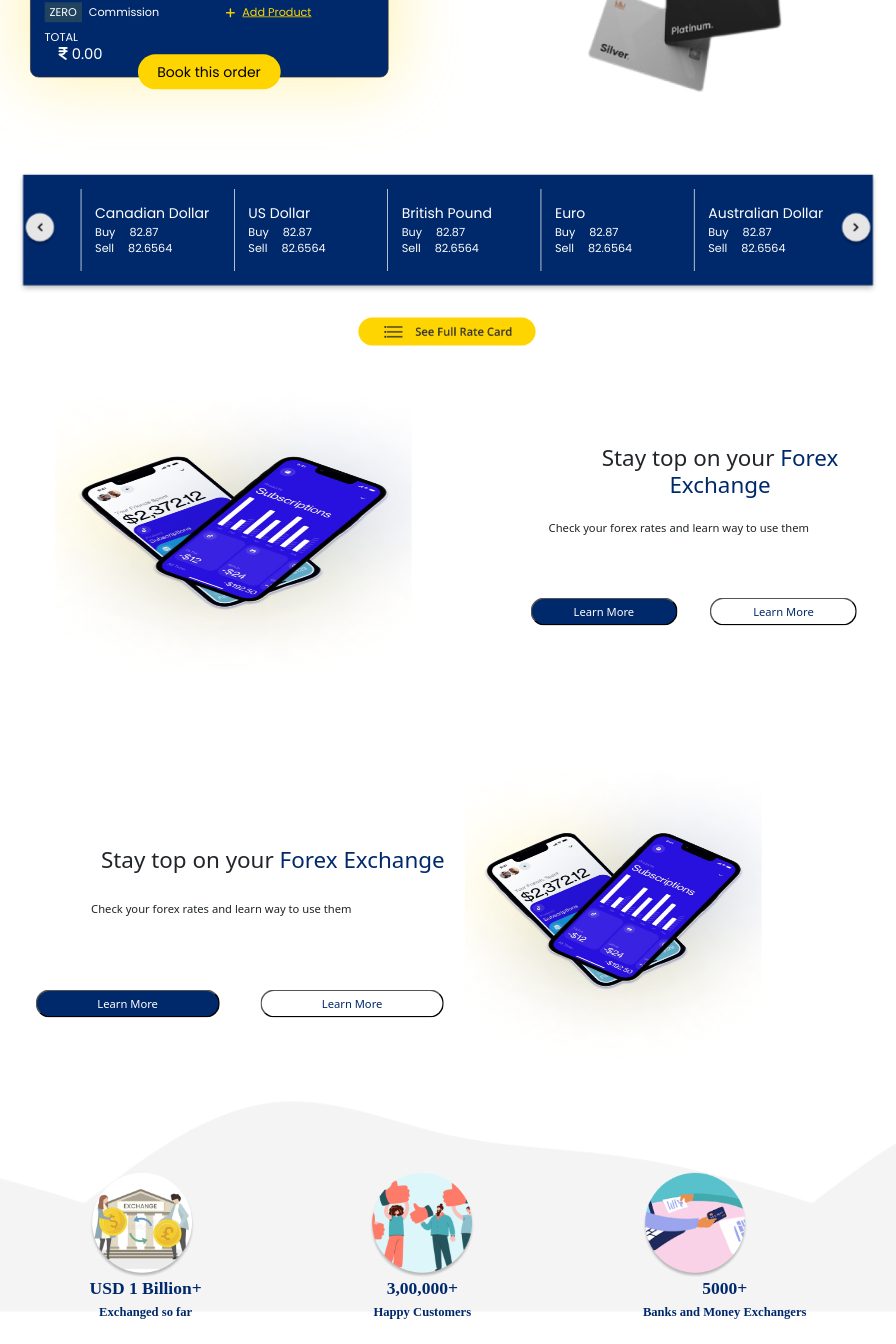
Repository: FlyweisReact/Akshadeep-latest
Page: /
These files come from the project's save history. The page is drawn as it stood at one moment and after the next save; the edit follows.
The browser window is 1280 px wide. The pictures show the part of the page from y = 491 to 2411 px (the page is 4487 px tall before and 4489 px after), at 70% of full size.
Some web libraries are served in a nearby version. The project was rebuilt for these pictures with package versions that can differ from the ones it lists, and the page was loaded fresh each time. Also part of the build but not shown: src/components/exchange.jsx, src/components/order_p1.jsx, src/components/order_p2.jsx, src/components/faas.jsx, src/components/offer.jsx, src/components/main2.jsx, src/components/home.jsx, src/components/slider.jsx and 6 more.

Above is the page before, as saved 2023-05-23 15:36:51.

After the next save:
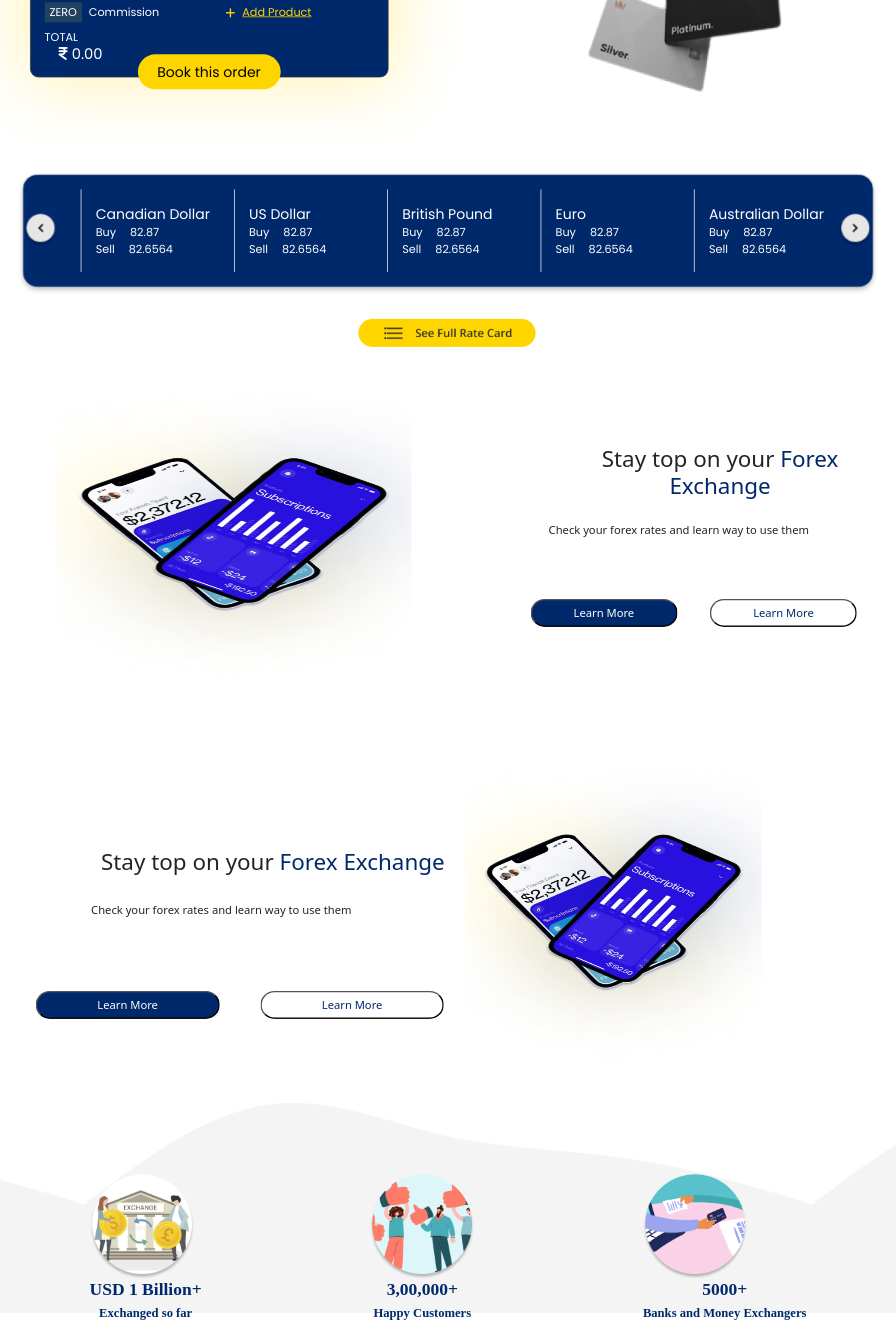
Saved 5 s later.
--- a/src/Style/Component.css
+++ b/src/Style/Component.css
@@ -222,7 +222,8 @@
 /* Currency-Slider  */
 .currency_slider_cont{
   background-color: #00296B;
-  border: 1px solid #00;
+  border: 1px solid #00296B;
+  border-radius: 20px;
   position: relative;
   width: 100%;
 }
